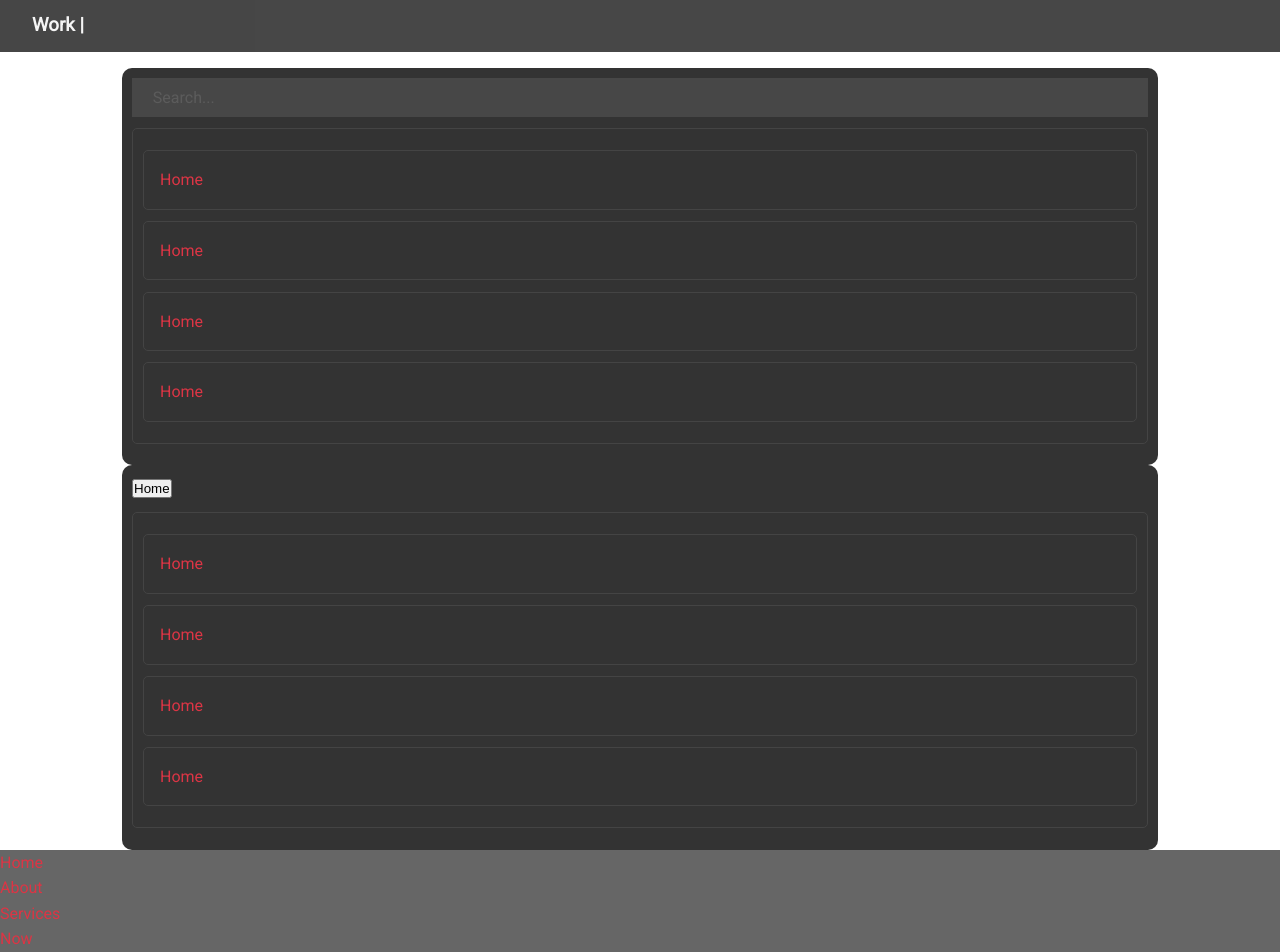
Repository: mxhdiqaim/lenviteck
Page: dist/index.html
The author's editor kept a copy of each file at every save. The page is drawn from the files as they stood at one save, then again after the next save.
The browser window is 1280 px wide. The pictures show the whole page.
The pointer rests on the first visible `.btn`.
Some web libraries are served in a nearby version. The style sheet was rebuilt from its Sass, Less or Tailwind sources for each picture, by a compiler version that may differ from the author's.

Above is the page before, as saved 2021-04-14 05:20:56.

### dist/index.html
<!DOCTYPE html>
<html lang="en">
<head>
    <meta charset="UTF-8">
    <meta http-equiv="X-UA-Compatible" content="IE=edge">
    <meta name="viewport" content="width=device-width, initial-scale=1.0">
    <link rel="stylesheet" href="./styles/main.css">
    <link rel="stylesheet" href="https://pro.fontawesome.com/releases/v5.10.0/css/all.css"
    integrity="sha384-AYmEC3Yw5cVb3ZcuHtOA93w35dYTsvhLPVnYs9eStHfGJvOvKxVfELGroGkvsg+p" crossorigin="anonymous" />
    <title>Shop Work</title>
</head>
<body>

  <section class="content">
    <nav class="navbar bg-dark">
        <div class="logo">
            <h1>Work <span>|</span></h1>
        </div>
    </nav>


    <section class="container">
       <div class="works-list">
           <a href="#" class="btn btn-block" >Search...</a>
           <ul class="card">
               <li class="card"><a href="#">Home</a></li>
               <li class="card"><a href="#">Home</a></li>
               <li class="card"><a href="#">Home</a></li>
               <li class="card"><a href="#">Home</a></li>
           </ul>
       </div>
       <div class="works-list">
        <button>Home</button>
        <ul class="card">
            <li class="card"><a href="#">Home</a></li>
            <li class="card"><a href="#">Home</a></li>
            <li class="card"><a href="#">Home</a></li>
            <li class="card"><a href="#">Home</a></li>
        </ul>
    </div>
    </section>
</section>
    <footer>
        <ul>
            <li><a href="#">Home</a></li>
            <li><a href="#">About</a></li>
            <li><a href="#">Services</a></li>
            <li><a href="#">Now</a></li>
        </ul>
    </footer>
</body>
</html>

### dist/styles/main.scss
// Import
@import url('https://fonts.googleapis.com/css?family=Roboto');

// Global variables
$primary-color: #dc3545;
$dark-color: #333333;
$light-color: #f4f4f4;
$danger-color: #dc3545;
$success-color: #28a745;

* {
  padding: 0;
  margin: 0;
  box-sizing: border-box;
}

body {
  font-family: 'Roboto', sans-serif;
  font-size: 1rem;
  line-height: 1.6;
  background-color: #fff;
  color: #333;
}

a {
  color: $primary-color;
  text-decoration: none;

  &:hover {
    color: #666;
  }
}

ul {
  list-style: none;
}

img {
  width: 100%;
}

.container {
  max-width: 1100px;
  margin: auto;
  overflow: hidden;
  padding: 0 2rem;
  cursor: pointer;

  .works-list {
    padding: 10px;
    background: $dark-color;
    color: $light-color;
    width: 100%;
    border-radius: 10px;

    ul {
      transition: transform 1s ease;
      // transform: translateY(-100px);
      padding: 10px;
      // display: none;
      // opacity: 0;
      }
    }
}

.container div ul {

}

// .works-list button:focus + ul {
//   // display: block;
//   transform: translateY(0px);
//   opacity: 1;

// }


// cards

.card {
  padding: 1rem;
  border: #444 1px solid;
  border-radius: 5px;
  margin: 0.7rem 0;
}

.btn {
  display: inline-block;
  background: light-color;
  // color: #333;
  padding: 0.4rem 1.3rem;
  font-size: 1rem;
  border: none;
  cursor: pointer;
  margin-right: 0.5rem;
  transition: opacity 0.2s ease-in;
  outline: none;
  background-color: lighten($dark-color, 10);
  color: $light-color;
  display: block;
  width: 100%;
}

// .btn-block {
//   display: block;
//   width: 100%;
// }

input {
  margin: 1.2rem 0;
}

.btn-primary,
.bg-primary,
.badge-primary,
.alert-primary {
  background: $primary-color;
  color: #fff;
}

.btn-light,
.bg-light,
.badge-light,
.alert-light {
  background: $light-color;
  color: #333;
}

.btn-dark,
.bg-dark,
.badge-dark,
.alert-dark {
  background: $dark-color;
  color: #fff;
}

.btn-danger,
.bg-danger,
.badge-danger,
.alert-danger {
  background: $danger-color;
  color: #fff;
}

.btn-success,
.bg-success,
.badge-success,
.alert-success {
  background: $success-color;
  color: #fff;
}

.btn-white,
.bg-white,
.badge-white,
.alert-white {
  background: #fff;
  color: #333;
  border: #ccc solid 1px;
}

.btn:hover {
  opacity: 0.8;
}

.bg-light,
.badge-light {
  border: #ccc solid 1px;
}




.navbar {
  display: flex;
  justify-content: space-between;
  align-items: center;
  padding: 0.7rem 2rem;
  z-index: 1;
  width: 100%;
  background: $dark-color;
  opacity: 0.9;
  color: $light-color;
  margin-bottom: 1rem;
}

.navbar ul {
  display: flex;
}

.navbar a {
  color: #fff;
  padding: 0.45rem;
  margin: 0 0.25rem;
}

.navbar a:hover {
  color: $light-color;
}


// Footer
footer {
  background: lighten($dark-color, 20);
  display: flex;
}

After the next save:
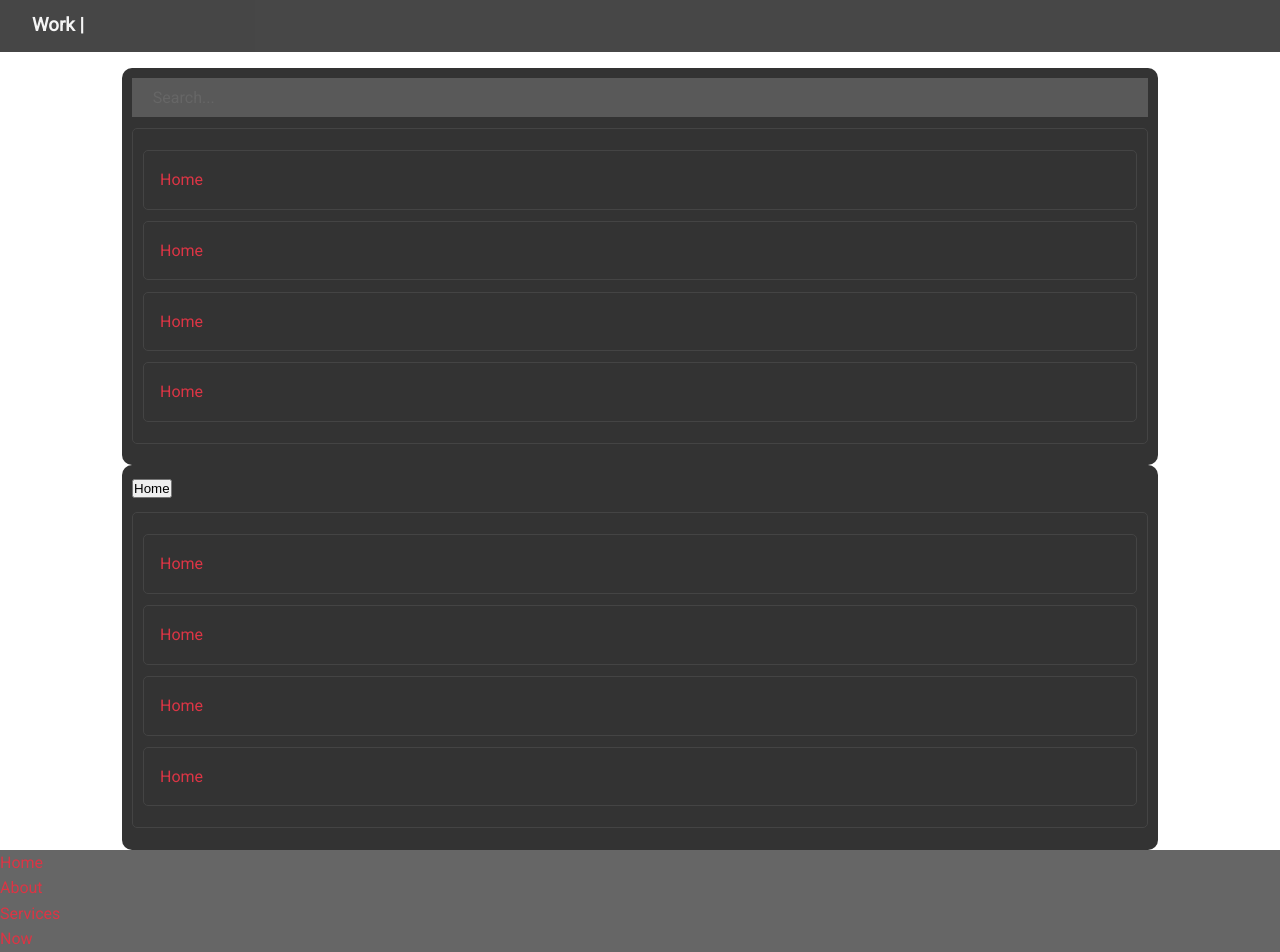
Saved 26 s later.
--- a/dist/styles/main.scss
+++ b/dist/styles/main.scss
@@ -160,7 +160,7 @@ input {
 }
 
 .btn:hover {
-  opacity: 0.8;
+  background-color: lighten($dark-color, 15);
 }
 
 .bg-light,
